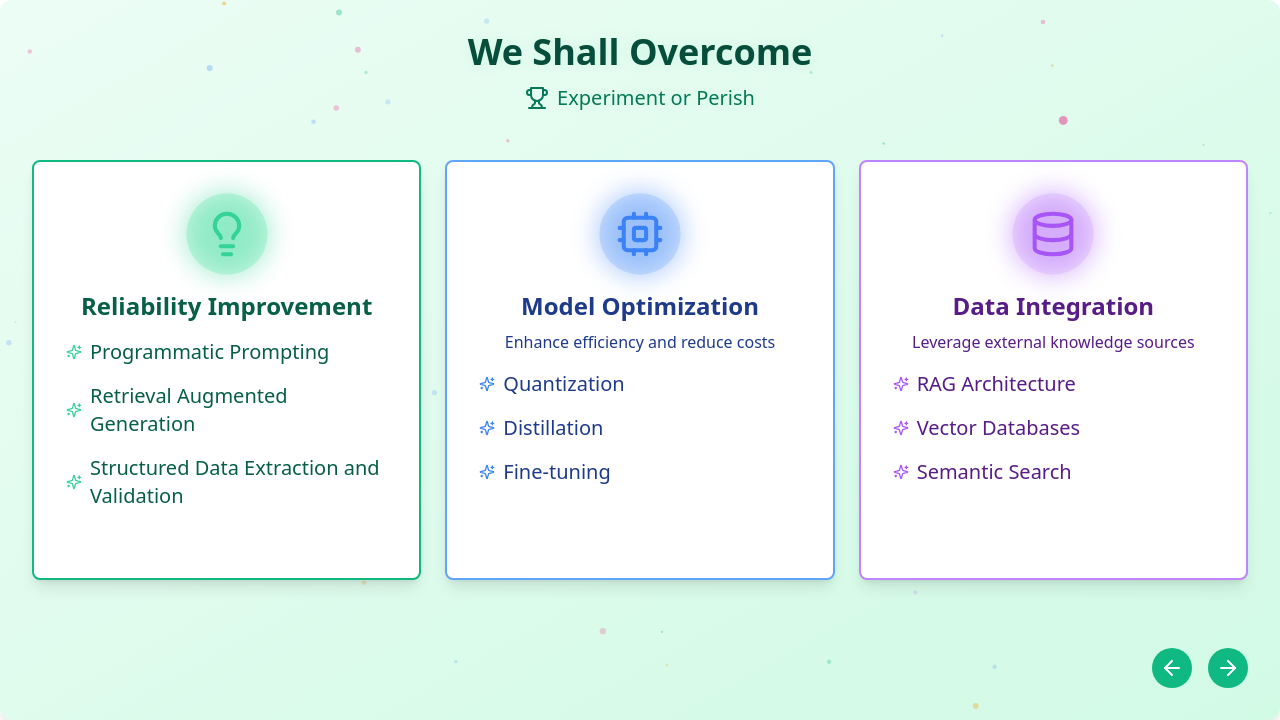
Repository: Galbaz1/dell_presentation
Page: /slide5
An editor plug-in stored every save of this project. The page is shown before and after a run of saves, followed by the edit.
The browser window is 1280 px wide. The pictures show the whole page.
The project was rebuilt for these pictures with package versions that can differ from the ones it lists, and the page was loaded fresh each time. The framework's server and built-in components were replaced by stand-ins that run in the browser. Also part of the build but not shown: styles/animations/slide1.css, styles/animations/slide2.css.

Above is the page before, as saved 2024-11-12 14:29:26.

### pages/_app.tsx
import '../styles/globals.css'
import '../styles/animations/slide1.css'
import '../styles/animations/slide2.css'
import type { AppProps } from 'next/app'

function MyApp({ Component, pageProps }: AppProps) {
  return <Component {...pageProps} />
}

export default MyApp

### pages/slide5.tsx
import React, { useState } from 'react';
import { ArrowRight, ArrowLeft, Lightbulb, Sparkles, Cpu, Database, Gauge, Zap, Trophy, ArrowUpCircle } from 'lucide-react';
import Link from 'next/link';
import { motion } from 'framer-motion';

const Slide5: React.FC = () => {
  const [hoveredSolution, setHoveredSolution] = useState<number | null>(null);

  // Enhanced particles with different colors for firework effect
  const fireworkColors = [
    '#10B981', // emerald
    '#60A5FA', // blue
    '#F59E0B', // amber
    '#C084FC', // purple
    '#EC4899', // pink
  ];

  const particles = Array.from({ length: 60 }).map((_, i) => ({
    id: i,
    x: Math.random() * 100,
    y: Math.random() * 100,
    size: Math.random() * 4 + 2,
    duration: Math.random() * 20 + 10,
    delay: Math.random() * 5,
    color: fireworkColors[Math.floor(Math.random() * fireworkColors.length)]
  }));

  // Sparkle animation variants
  const sparkleVariants = {
    initial: { scale: 0, opacity: 0 },
    animate: (i: number) => ({
      scale: [0, 1, 0],
      opacity: [0, 1, 0],
      transition: {
        duration: 2,
        repeat: Infinity,
        delay: i * 0.1,
        ease: "easeInOut"
      }
    })
  };

  // Function to create sparkles around an element
  const SparkleEffect = ({ color }: { color: string }) => {
    return Array.from({ length: 8 }).map((_, i) => (
      <motion.div
        key={i}
        className="absolute w-2 h-2"
        style={{
          background: color,
          borderRadius: '50%',
          filter: 'blur(1px)',
          transform: `rotate(${i * 45}deg) translateX(30px)`
        }}
        variants={sparkleVariants}
        custom={i}
        initial="initial"
        animate="animate"
      />
    ));
  };

  const solutions = [
    {
      icon: <Lightbulb className="w-12 h-12" />,
      title: "Reliability Improvement",
      color: {
        border: "#10B981", // emerald-400
        bg: "#D1FAE5",     // emerald-100
        text: "#065F46",   // emerald-900
        glow: "#34D399"    // emerald-400
      },
      description: "",
      items: [
        "Programmatic Prompting",
        "Retrieval Augmented Generation",
        "Structured Data Extraction and Validation"
      ]
    },
    {
      icon: <Cpu className="w-12 h-12" />,
      title: "Model Optimization",
      color: {
        border: "#60A5FA", // blue-400
        bg: "#DBEAFE",     // blue-100
        text: "#1E3A8A",   // blue-900
        glow: "#3B82F6"    // blue-400
      },
      description: "Enhance efficiency and reduce costs",
      items: [
        "Quantization",
        "Distillation",
        "Fine-tuning"
      ]
    },
    {
      icon: <Database className="w-12 h-12" />,
      title: "Data Integration",
      color: {
        border: "#C084FC", // purple-400
        bg: "#F3E8FF",     // purple-100
        text: "#581C87",   // purple-900
        glow: "#A855F7"    // purple-400
      },
      description: "Leverage external knowledge sources",
      items: [
        "RAG Architecture",
        "Vector Databases",
        "Semantic Search"
      ]
    }
  ];

  const containerVariants = {
    hidden: { opacity: 0 },
    visible: {
      opacity: 1,
      transition: { staggerChildren: 0.3 }
    }
  };

  const cardVariants = {
    hidden: { y: 50, opacity: 0 },
    visible: (i: number) => ({
      y: 0,
      opacity: 1,
      transition: {
        delay: i * 0.2,
        type: "spring",
        stiffness: 100,
        damping: 15
      }
    }),
    hover: {
      y: -15,
      scale: 1.05,
      transition: {
        duration: 0.3,
        type: "spring",
        stiffness: 300
      }
    }
  };

  return (
    <div className="bg-gradient-to-br from-emerald-50 to-emerald-100 p-8 rounded-xl shadow-lg min-h-screen overflow-hidden relative">
      {/* Enhanced floating particles */}
      {particles.map((particle, i) => (
        <motion.div
          key={particle.id}
          className="absolute rounded-full"
          style={{
            width: particle.size,
            height: particle.size,
            left: `${particle.x}%`,
            top: `${particle.y}%`,
            background: particle.color,
            filter: 'blur(0.5px)'
          }}
          animate={{
            y: [0, -30, 0],
            x: [0, 15, 0],
            scale: [1, 1.5, 1],
            opacity: [0.2, 0.6, 0.2]
          }}
          transition={{
            duration: particle.duration,
            delay: particle.delay,
            repeat: Infinity,
            ease: "linear"
          }}
        />
      ))}

      {/* Header with uplifting animation */}
      <motion.div
        className="mb-12 text-center relative"
        animate={{
          textShadow: ["0 0 10px rgba(16, 185, 129, 0)", "0 0 20px rgba(16, 185, 129, 0.3)", "0 0 10px rgba(16, 185, 129, 0)"]
        }}
        transition={{ duration: 2, repeat: Infinity }}
      >
        <motion.div
          initial={{ y: -20, opacity: 0 }}
          animate={{ y: 0, opacity: 1 }}
          transition={{ duration: 0.8, type: "spring" }}
          className="flex items-center justify-center mb-3"
        >
          <h1 className="text-4xl font-bold text-emerald-900">We Shall Overcome</h1>
        </motion.div>
        <p className="text-xl text-emerald-700 flex items-center justify-center">
          <Trophy className="w-6 h-6 mr-2" />
          Experiment or Perish
        </p>
      </motion.div>

      {/* Solutions Grid */}
      <motion.div
        className="max-w-7xl mx-auto grid grid-cols-1 md:grid-cols-3 gap-6 mb-12"
        variants={containerVariants}
        initial="hidden"
        animate="visible"
      >
        {solutions.map((solution, index) => (
          <motion.div
            key={solution.title}
            className="bg-white p-8 rounded-lg shadow-lg cursor-pointer transform transition-all duration-300 relative"
            style={{
              borderWidth: 2,
              borderStyle: 'solid',
              borderColor: solution.color.border,
              minHeight: '420px'
            }}
            variants={cardVariants}
            custom={index}
            whileHover="hover"
            onHoverStart={() => setHoveredSolution(index)}
            onHoverEnd={() => setHoveredSolution(null)}
          >
            {/* Add sparkle effects around the card when hovered */}
            {hoveredSolution === index && (
              <div className="absolute inset-0 -m-4">
                <SparkleEffect color={solution.color.glow} />
              </div>
            )}

            {/* Icon with animation */}
            <motion.div
              className="w-20 h-20 rounded-full flex items-center justify-center mb-4 mx-auto relative"
              style={{ backgroundColor: solution.color.bg }}
              animate={{
                rotate: hoveredSolution === index ? [0, 360] : 0,
                scale: [1, 1.1, 1]
              }}
              transition={{ duration: 3, repeat: Infinity }}
            >
              <motion.div
                className="absolute inset-0 rounded-full filter blur-md"
                style={{ backgroundColor: solution.color.glow }}
                animate={{
                  scale: [1, 1.2, 1],
                  opacity: [0.3, 0.6, 0.3]
                }}
                transition={{ duration: 2, repeat: Infinity }}
              />
              <div style={{ color: solution.color.glow }}>
                {solution.icon}
              </div>
            </motion.div>

            <h2 className="text-2xl font-bold text-center mb-2" style={{ color: solution.color.text }}>
              {solution.title}
            </h2>
            <p className="text-center mb-4" style={{ color: solution.color.text }}>
              {solution.description}
            </p>

            <ul className="space-y-4">
              {solution.items.map((item, i) => (
                <motion.li
                  key={i}
                  className="flex items-center relative text-xl"
                  style={{ color: solution.color.text }}
                  initial={{ x: -10, opacity: 0 }}
                  animate={{ x: 0, opacity: 1 }}
                  transition={{ delay: index * 0.2 + i * 0.1 }}
                >
                  <div className="relative">
                    <Sparkles
                      className="w-4 h-4 mr-2 flex-shrink-0"
                      style={{ color: solution.color.glow }}
                    />
                    {hoveredSolution === index && (
                      <motion.div
                        className="absolute -inset-1"
                        animate={{
                          scale: [1, 1.5, 1],
                          opacity: [0.5, 1, 0.5]
                        }}
                        transition={{
                          duration: 1.5,
                          repeat: Infinity,
                          delay: i * 0.2
                        }}
                      >
                        <Sparkles
                          className="w-4 h-4"
                          style={{ color: solution.color.glow }}
                        />
                      </motion.div>
                    )}
                  </div>
                  {item}
                </motion.li>
              ))}
            </ul>

            {/* Success indicator */}
            <motion.div
              className="absolute -right-2 -top-2 rounded-full p-2"
              style={{ backgroundColor: solution.color.glow }}
              initial={{ scale: 0 }}
              animate={{ scale: hoveredSolution === index ? 1 : 0 }}
              transition={{ type: "spring", stiffness: 500 }}
            >
              <Zap className="w-4 h-4 text-white" />
            </motion.div>
          </motion.div>
        ))}
      </motion.div>

      {/* Navigation */}
      <div className="absolute bottom-8 right-8 flex items-center space-x-4">
        <Link href="/slide4" className="bg-emerald-500 hover:bg-emerald-600 text-white p-2 rounded-full transition-colors">
          <ArrowLeft className="w-6 h-6" />
        </Link>
        <Link href="/slide7" className="bg-emerald-500 hover:bg-emerald-600 text-white p-2 rounded-full transition-colors">
          <ArrowRight className="w-6 h-6" />
        </Link>
      </div>
    </div>
  );
};

export default Slide5;

### styles/globals.css
@tailwind base;
@tailwind components;
@tailwind utilities;

@keyframes fallAndBounce {
  0% {
    transform: translateY(-100%) translateX(-50%);
  }
  70% {
    transform: translateY(140%) translateX(-50%);
  }
  75% {
    transform: translateY(130%) translateX(-50%);
  }
  80% {
    transform: translateY(135%) translateX(-50%);
  }
  85% {
    transform: translateY(128%) translateX(-50%);
  }
  90% {
    transform: translateY(132%) translateX(-50%);
  }
  100% {
    transform: translateY(0%) translateX(-50%);
  }
}

@keyframes developerFall {
  0%, 69% {
    transform: translateX(-50%) rotate(0deg);
  }
  100% {
    transform: translateX(100%) rotate(90deg);
  }
}

@keyframes pulsate {
  0% {
    transform: translateY(0%) translateX(-50%) scale(1);
  }
  8% {
    transform: translateY(0%) translateX(-50%) scale(1.15);
  }
  10% {
    transform: translateY(0%) translateX(-50%) scale(1.1);
  }
  18% {
    transform: translateY(0%) translateX(-50%) scale(1.35);
  }
  20% {
    transform: translateY(0%) translateX(-50%) scale(1.3);
  }
  28% {
    transform: translateY(0%) translateX(-50%) scale(1.55);
  }
  30% {
    transform: translateY(0%) translateX(-50%) scale(1.5);
  }
  38% {
    transform: translateY(0%) translateX(-50%) scale(1.75);
  }
  40% {
    transform: translateY(0%) translateX(-50%) scale(1.7);
  }
  48% {
    transform: translateY(0%) translateX(-50%) scale(1.95);
  }
  50% {
    transform: translateY(0%) translateX(-50%) scale(1.9);
  }
  100% {
    transform: translateY(0%) translateX(-50%) scale(2);
  }
}

@keyframes explodePiece {
  0% {
    transform: translate(0, 0) rotate(0);
    opacity: 1;
  }
  100% {
    transform: translate(var(--tx), 1000px) rotate(var(--tr));
    opacity: 0;
  }
}

.animate-fall-bounce {
  animation:
    fallAndBounce 3s cubic-bezier(0.4, 0, 0.2, 1) forwards,
    pulsate 8s cubic-bezier(0.4, 0, 0.2, 1) 5s forwards;
}

.animate-developer-fall {
  animation: developerFall 1.2s cubic-bezier(0.4, 0, 0.2, 1) forwards;
  animation-delay: 2.1s;
}

.explosion-piece {
  position: absolute;
  animation: explodePiece 2s cubic-bezier(0.4, 0, 0.2, 1) forwards;
  animation-delay: 16s; /* 5s wait + 8s growth + 3s wait */
}

### tailwind.config.js
/** @type {import('tailwindcss').Config} */
module.exports = {
  content: [
    "./pages/**/*.{js,ts,jsx,tsx}",
    "./components/**/*.{js,ts,jsx,tsx}",
    "./styles/**/*.css",
  ],
  theme: {
    extend: {},
  },
  plugins: [],
}

After the next 2 saves:
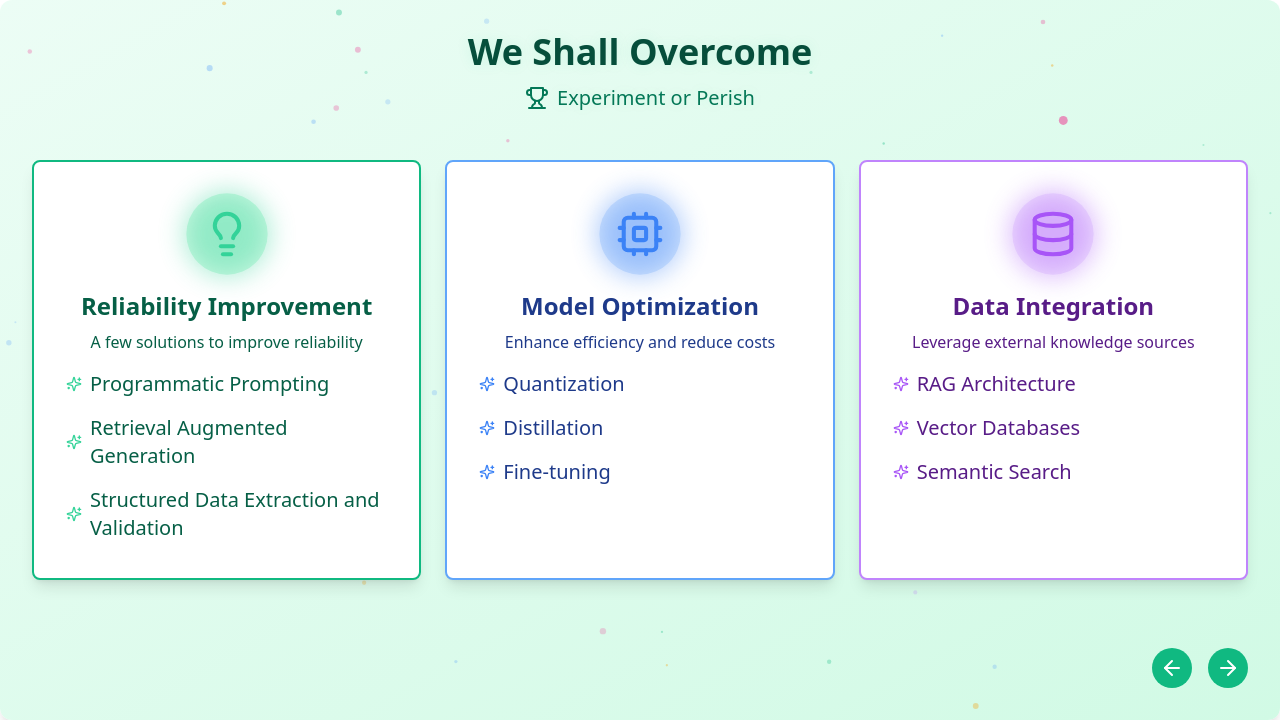
The 2 saves are shown as one change because they came seconds apart.
The last was saved 11 s later.
--- a/pages/slide5.tsx
+++ b/pages/slide5.tsx
@@ -70,7 +70,7 @@
         text: "#065F46",   // emerald-900
         glow: "#34D399"    // emerald-400
       },
-      description: "",
+      description: "A few solutions to improve reliability",
       items: [
         "Programmatic Prompting",
         "Retrieval Augmented Generation",

After the save that followed:
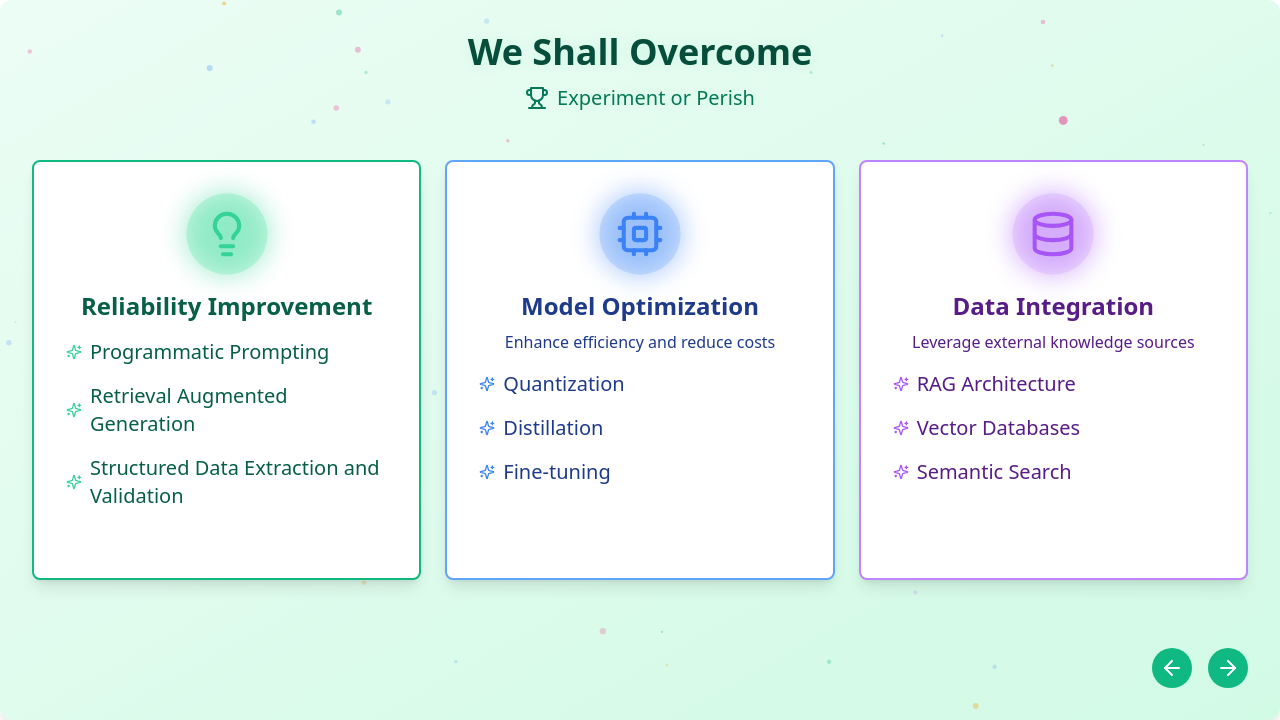
Saved 13 s later.
--- a/pages/slide5.tsx
+++ b/pages/slide5.tsx
@@ -70,7 +70,7 @@
         text: "#065F46",   // emerald-900
         glow: "#34D399"    // emerald-400
       },
-      description: "A few solutions to improve reliability",
+      description: "",
       items: [
         "Programmatic Prompting",
         "Retrieval Augmented Generation",
